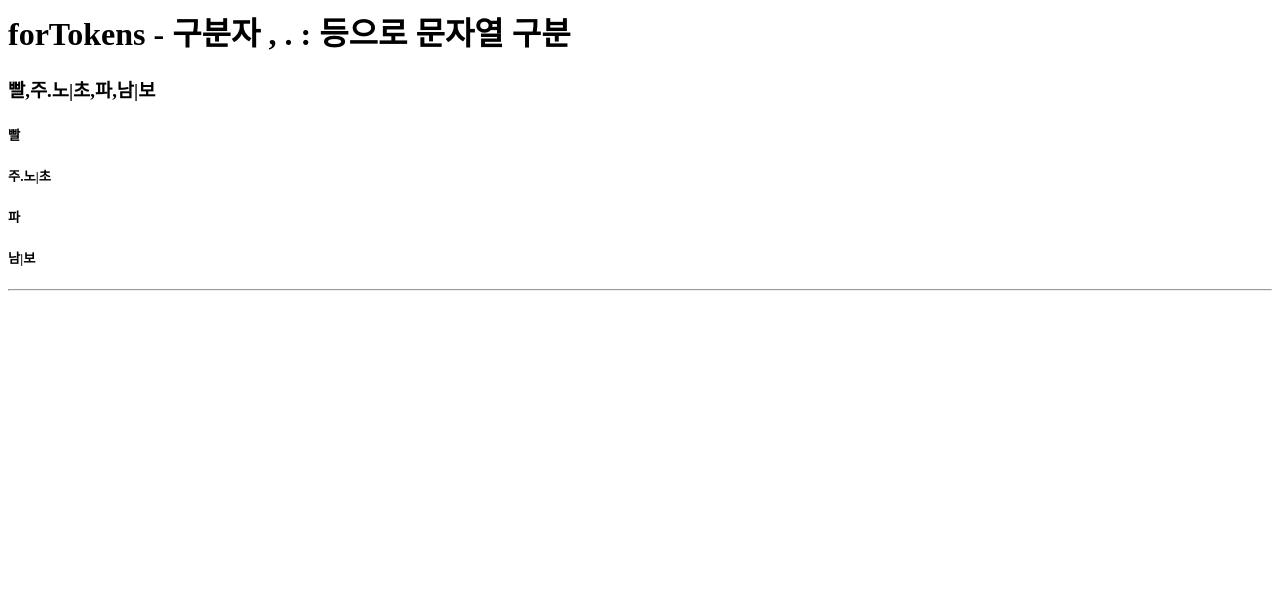
Repository: yeobleeme/06_jsp_basic
Page: http://localhost/jsp01_basic/jsp11_jstl/jsp05_tokens.jsp
The author's editor kept a copy of each file at every save. The page is drawn from the files as they stood at one save, then again after the next save.
The browser window is 1280 px wide. The pictures show the whole page.
The page is served by Tomcat 9. Other server files are loaded and not shown.

Above is the page before, as saved 2023-05-15 03:20:21.

### jsp01_basic/WebContent/jsp11_jstl/jsp05_tokens.jsp
<%@page language="java" contentType="text/html; charset=UTF-8" pageEncoding="UTF-8"%>
<%@taglib prefix="c" uri="http://java.sun.com/jsp/jstl/core"%>

<h1>forTokens - 구분자 , . : 등으로 문자열 구분</h1>
<c:set var="data" value="빨,주.노|초,파,남|보"/>
<h3>${ data }</h3>

<c:forTokens var="color" items="${ data }" delims=",">
<h5>${ color }</h5>
</c:forTokens>
<hr />

After the next save:
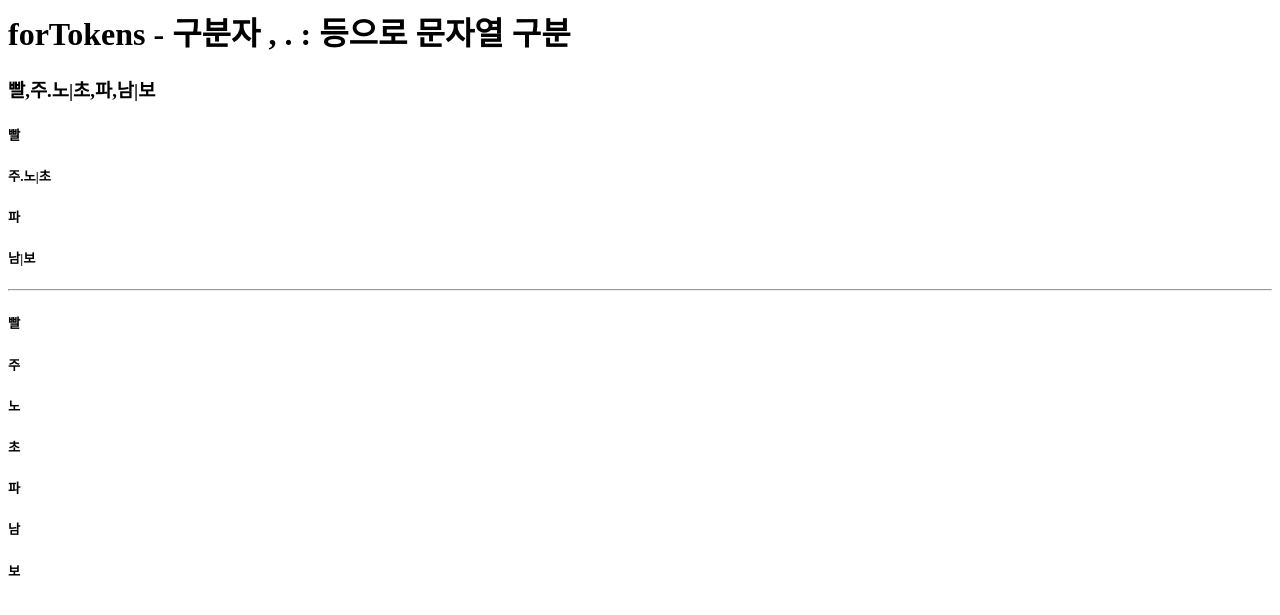
Saved 12 s later.
--- a/jsp01_basic/WebContent/jsp11_jstl/jsp05_tokens.jsp
+++ b/jsp01_basic/WebContent/jsp11_jstl/jsp05_tokens.jsp
@@ -9,3 +9,7 @@
 <h5>${ color }</h5>
 </c:forTokens>
 <hr />
+
+<c:forTokens var="color" items="${ data }" delims=",.|">
+<h5>${ color }</h5>
+</c:forTokens>
